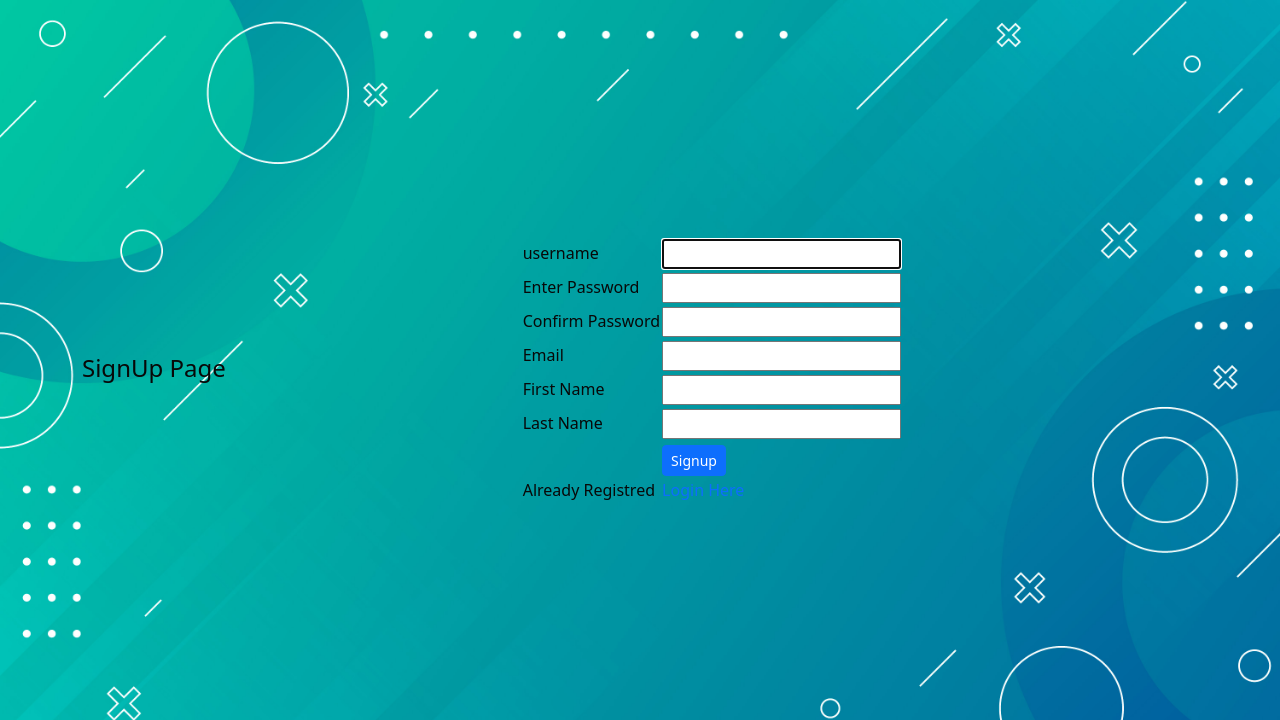
Repository: AbakashRonny/Institute-Management
Page: http://localhost/CodeDaisApp/signup/
These files come from the project's save history. The page is drawn as it stood at one moment and after the next save; the edit follows.
The browser window is 1280 px wide. The pictures show the whole page.
The page is served by the project's application, run on Django 5.2 (manage.py). Other server files are loaded and not shown.

Above is the page before, as saved 2024-06-17 03:23:45.

### templates/CodeDaisApp/signup.html
<!doctype html>
{% load static %}
<html lang="en">
  <head>
    <meta charset="utf-8">
    <meta name="viewport" content="width=device-width, initial-scale=1">
    <title>Bootstrap demo</title>
    <link href="https://cdn.jsdelivr.net/npm/bootstrap@5.3.3/dist/css/bootstrap.min.css" rel="stylesheet" integrity="sha384-QWTKZyjpPEjISv5WaRU9OFeRpok6YctnYmDr5pNlyT2bRjXh0JMhjY6hW+ALEwIH" crossorigin="anonymous">
    <style>
      .container{
      display: flex;
      justify-content: center;
      align-items: center;
      padding-top: 220px;
    }
    .c {
      margin: auto;
      padding-top: 20px;
      border: 2px solid rgb(12, 12, 12);
      width: 70%;
    }
      body {
      background-image: url("{% static 'image/8270301.jpg' %}");
      background-size: cover;
      background-repeat: no-repeat;
      color: rgb(8, 8, 8);
    }
    table {
      margin: auto;
    }
    button{
      border: 0px;
    }
    a,input{
      align-self: flex-end;
      text-decoration: none;
      text-decoration-color: black;
      margin-top: 2px;
    }
    center,h4,hr{
      margin-bottom: 2px;
    }

    </style>
  </head>
  <body>
    <div class="container mt-3">
        <table>
        <form action="" class="c" method="post">
          <h4 class="text-center">SignUp Page</h4>
            {% csrf_token %}
            <tr>
              <td>username</td>
              <td>{{form.username}}</td>
            </tr>
            <tr>
              <td>Enter Password</td>
              <td>{{form.password1}}</td>
            </tr>
            <tr>
              <td>Confirm Password</td>
              <td>{{form.password2}}</td>
            </tr>
            <tr>
              <td>Email</td>
              <td>{{form.email}}</td>
            </tr>
            <tr>
              <td>First Name</td>
              <td>{{form.first_name}}</td>
            </tr>
            <tr>
              <td>Last Name</td>
              <td>{{form.last_name}}</td>
            </tr>
            <tr>
                <td></td>
                <td><button type="submit" class="btn btn-primary btn-sm mt-1">Signup</button></td>
            </tr>
            <tr>
              <td>Already Registred</td>
              <td><a href="{% url 'login' %}">Login Here</a></td>
            </tr>
        </table>
        </form>
    </div>
    <script src="https://cdn.jsdelivr.net/npm/bootstrap@5.3.3/dist/js/bootstrap.bundle.min.js" integrity="sha384-YvpcrYf0tY3lHB60NNkmXc5s9fDVZLESaAA55NDzOxhy9GkcIdslK1eN7N6jIeHz" crossorigin="anonymous"></script>
  </body>
</html>

### CodeDaisApp/forms.py
from django.contrib.auth.forms import UserCreationForm,UserChangeForm
from django.contrib.auth.models import User
from django import forms

class RegisterForm(forms.Form):
    Name=forms.CharField()
    Email=forms.EmailField()
    Mobile=forms.IntegerField()
    College=forms.CharField()
    Password=forms.CharField()

class LoginForm(forms.Form):
    Email=forms.EmailField()
    Password=forms.CharField()


class SignUp(UserCreationForm):
    class Meta:
        model=User
        fields=('username','password1','password2','email','first_name','last_name')

### CodeDaisApp/views.py
from django.shortcuts import render,redirect,HttpResponse
from . forms import RegisterForm,LoginForm
from datetime import datetime
from django.shortcuts import render,HttpResponse,HttpResponseRedirect
from django.contrib.auth.forms import UserCreationForm,AuthenticationForm,UserChangeForm,PasswordChangeForm
from . forms import SignUp
from django.contrib.auth import authenticate,login,logout,update_session_auth_hash
# Create your views here.

def base(request):
    return render(request,'CodeDaisApp/base.html')

def signup_view(request):
    if request.method=="POST":
        f=SignUp(request.POST)
        if f.is_valid():
            f.save()
            d={'register_status':True}
            return render(request,'CodeDaisApp/success.html',d)

    else:
        f=SignUp()
        d={'form':f}
        return render(request,'CodeDaisApp/signup.html',d)
    return render(request,'CodeDaisApp/signup.html',{'form':f})

def login_view(request):
    if request.method=='POST':
        f=AuthenticationForm(request=request,data=request.POST)
        if f.is_valid():
            username=f.cleaned_data['username']
            password=f.cleaned_data['password']
            user=authenticate(username=username,password=password)
            if user !=None:
                login(request,user)
                return HttpResponseRedirect('/CodeDaisApp/home/')

    elif request.user.is_authenticated:
        return HttpResponseRedirect('/CodeDaisApp/home/')


    else:
        f=AuthenticationForm()
    return render(request,'CodeDaisApp/login.html',{'form':f})


def home(request):
        if request.user.is_authenticated:
            name=request.user
            d={'name':name}
            return render(request,'CodeDaisApp/home.html',d)

        else:
            return HttpResponseRedirect('/CodeDaisApp/login/')

def course(request):
    return render(request,'CodeDaisApp/course.html')

def blog(request):
    date=datetime.now()
    d={'date':date}
    return render(request,'CodeDaisApp/blog.html',d)

def about(request):
    return render(request,'CodeDaisApp/about.html')

def logout_view(request):
    logout(request)
    return HttpResponseRedirect('/CodeDaisApp/login/')

### CodeDaisProject/urls.py
"""
URL configuration for CodeDaisProject project.

The `urlpatterns` list routes URLs to views. For more information please see:
    https://docs.djangoproject.com/en/5.0/topics/http/urls/
Examples:
Function views
    1. Add an import:  from my_app import views
    2. Add a URL to urlpatterns:  path('', views.home, name='home')
Class-based views
    1. Add an import:  from other_app.views import Home
    2. Add a URL to urlpatterns:  path('', Home.as_view(), name='home')
Including another URLconf
    1. Import the include() function: from django.urls import include, path
    2. Add a URL to urlpatterns:  path('blog/', include('blog.urls'))
"""
from django.contrib import admin
from django.urls import path,include

urlpatterns = [
    path('admin/', admin.site.urls),
    path('CodeDaisApp/',include('CodeDaisApp.urls'))
]

### CodeDaisApp/urls.py
from django.urls import path
from . import views

urlpatterns=[
    path('base/',views.base),
    path('home/',views.home,name='home'),
    path('course/',views.course,name='course'),
    path('signup/',views.signup_view,name='signup'),
    path('login/',views.login_view,name='login'),
    path('logout/',views.logout_view,name='logout'),
    path('blog/',views.blog,name='blog'),
    path('about/',views.about,name='about'),
]

After the next save:
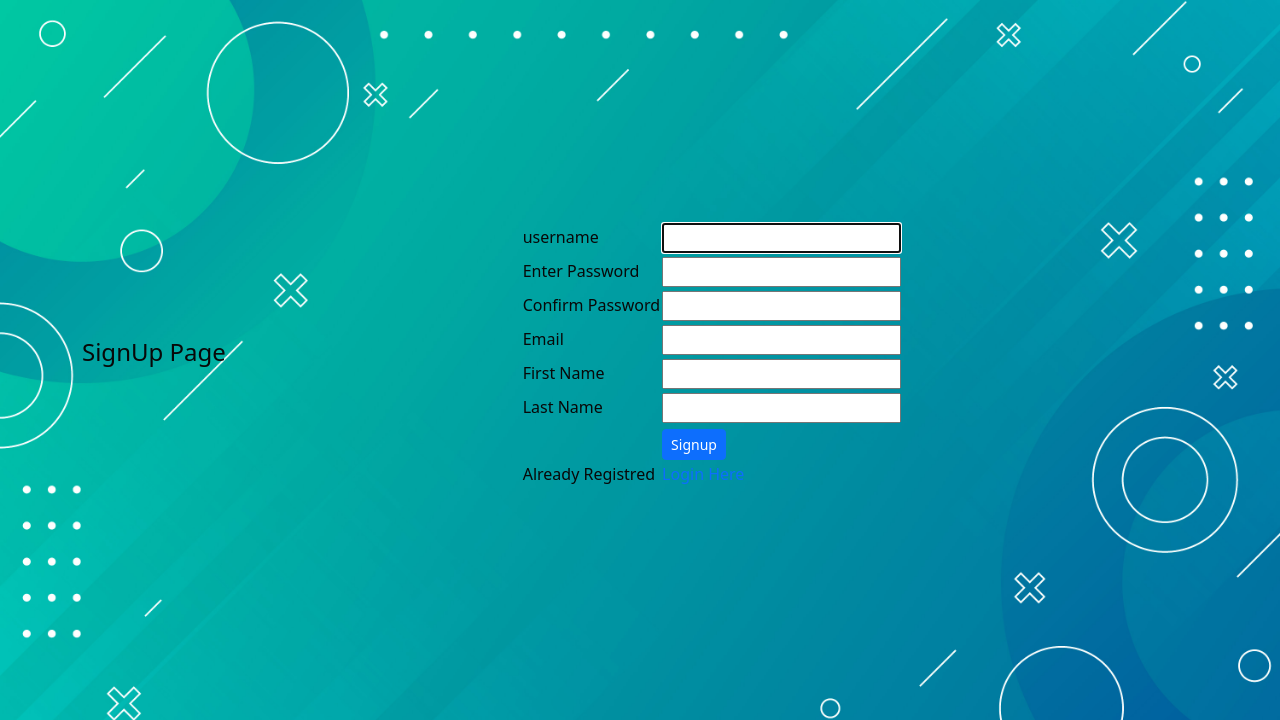
Saved 37 s later.
--- a/templates/CodeDaisApp/signup.html
+++ b/templates/CodeDaisApp/signup.html
@@ -44,7 +44,7 @@
     </style>
   </head>
   <body>
-    <div class="container mt-3">
+    <div class="container">
         <table>
         <form action="" class="c" method="post">
           <h4 class="text-center">SignUp Page</h4>
